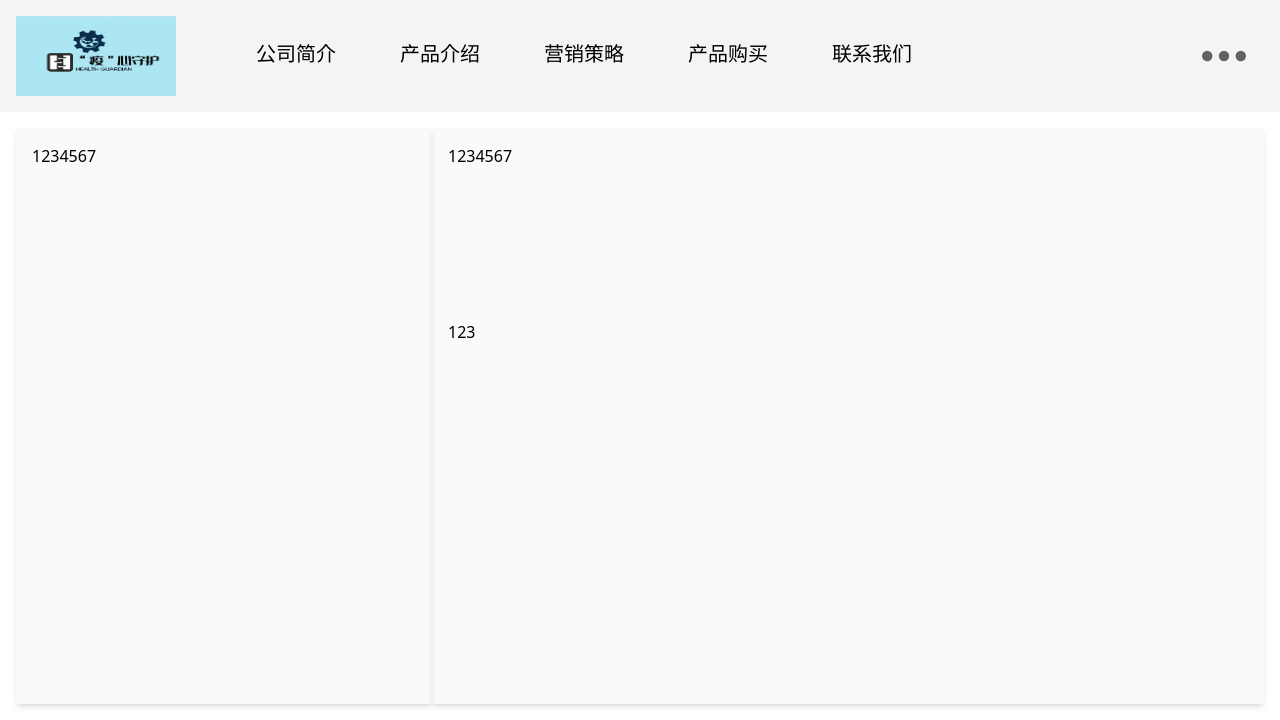
Repository: LiuRuohui/company_introduction
Page: /#/introduction
These files come from the project's save history. The page is drawn as it stood at one moment and after the next save; the edit follows.
The browser window is 1280 px wide. The pictures show the whole page.
The project was rebuilt for these pictures with package versions that can differ from the ones it lists, and the page was loaded fresh each time. Also part of the build but not shown: vite.config.js, src/components/product.vue, src/components/purchase.vue, src/components/strategy.vue, src/components/contact.vue, src/components/public.vue.

Above is the page before, as saved 2022-05-09 23:33:48.

### index.html
<!DOCTYPE html>
<html lang="en">
  <head>
    <meta charset="UTF-8" />
    <link rel="icon" href="/favicon.ico" />
    <meta name="viewport" content="width=device-width, initial-scale=1.0" />
    <title>COMPANY_INTRODUCTION</title>
  </head>
  <body>
    <div id="app"></div>
    <script type="module" src="/src/main.js"></script>
  </body>
</html>

### src/main.js
import { createApp } from 'vue'
import "./index.css";
//引入路由器
import router from '../src/router/route.js'

import App from './App.vue'

const app = createApp(App);
app.use(router);
app.mount('#app');

### src/index.css
/* ./src/index.css */

@tailwind base;
@tailwind components;
.inputFrame {
  @apply w-full content-center text-base px-4 py-2 border-b rounded-2xl border-gray-300;
}

.inputFrame:focus {
  @apply outline-none border-indigo-500;
}

.btn {
  @apply w-full flex justify-center bg-gradient-to-r from-indigo-500 to-blue-600 text-gray-100 p-4 rounded-full tracking-wide font-semibold shadow-lg cursor-pointer transition ease-in duration-500;
}

.btn:hover {
  @apply bg-gradient-to-l from-blue-500 to-indigo-600;
}

.label {
  @apply ml-3 text-sm font-bold text-gray-700 tracking-wide;
}

@tailwind utilities;

### src/router/route.js
import { createRouter, createWebHashHistory } from "vue-router";
//引入组件
import Introduction from "../components/introduction.vue"
import Product from "../components/product.vue"
import Purchase from "../components/purchase.vue"
import Strategy from "../components/strategy.vue"
import Contact from "../components/contact.vue"

const route = [
    {
        path:'/introduction',
        component:Introduction
    },
    {
        path:'/product',
        component:Product
    },
    {
        path:'/strategy',
        component:Strategy
    },
    {
        path:'/purchase',
        component:Purchase
    },
    {
        path:'/contact',
        component:Contact
    },
]

// 创建路由对象
const router = createRouter({
    history: createWebHashHistory(),
    routes: route
  });


export default router

### src/App.vue
<script setup>
import Public from './components/public.vue';
import MainPage from './components/mainPage.vue';
// This starter template is using Vue 3 <script setup> SFCs
// Check out https://vuejs.org/api/sfc-script-setup.html#script-setup

</script>

<template>
<MainPage></MainPage>
</template>

<style>

</style>

### src/components/introduction.vue
<script setup></script>

<template>
    <div class="w-full m-4 flex flex-row bg-slate-50">
        <div class="flex h-full w-1/3 shadow-md">
            <div class="m-4 w-full">1234567</div>
        </div>
        <div class="flex flex-grow flex-col shadow-md">
            <div class="m-4 w-full h-1/4">1234567</div>
            <div class="w-full flex flex-grow">
                <div class="m-4">123</div>
            </div>
        </div>
    </div>
</template>

### src/components/mainPage.vue
<script setup></script>

<template>
    <div class="max-h-full min-h-screen w-full flex flex-col bg-white">
        <div class="w-full h-28 flex flex-row bg-gray-100">
            <div class="h-full">
                <img
                    src="/src/assets/logo.png"
                    alt="公司图标"
                    class="h-20 m-4 w-40"
                />
            </div>
            <div class="flex font-sans text-xl ml-8">
                <router-link
                    active-class="active"
                    to="/introduction"
                    class="px-8 pt-10 hover:cursor-pointer hover:bg-blue-300"
                    >公司简介</router-link
                >
                <router-link
                    active-class="active"
                    to="/product"
                    class="px-8 pt-10 hover:cursor-pointer hover:bg-blue-300"
                    >产品介绍</router-link
                >
                <router-link
                    active-class="active"
                    to="/strategy"
                    class="px-8 pt-10 hover:cursor-pointer hover:bg-blue-300"
                    >营销策略</router-link
                >
                <router-link
                    active-class="active"
                    to="/purchase"
                    class="px-8 pt-10 hover:cursor-pointer hover:bg-blue-300"
                    >产品购买</router-link
                >
                <router-link
                    active-class="active"
                    to="/contact"
                    class="px-8 pt-10 hover:cursor-pointer hover:bg-blue-300"
                    >联系我们</router-link
                >
            </div>
            <div class="flex flex-grow flex-row-reverse">
                <img
                    src="/src/assets/more.svg"
                    alt="更多"
                    class="w-16 h-16 opacity-60 mt-6 mr-6 hover:cursor-pointer"
                />
            </div>
        </div>
        <div class="w-full flex flex-grow">
            <router-view></router-view>
        </div>
    </div>
</template>

<style></style>

### tailwind.config.js
module.exports = {
  content: [
      "./index.html",
      "./src/**/*.{vue,js,ts,jsx,tsx}",
  ],
  theme: {
      extend: {},
  },
  plugins: [],
}

After the next save:
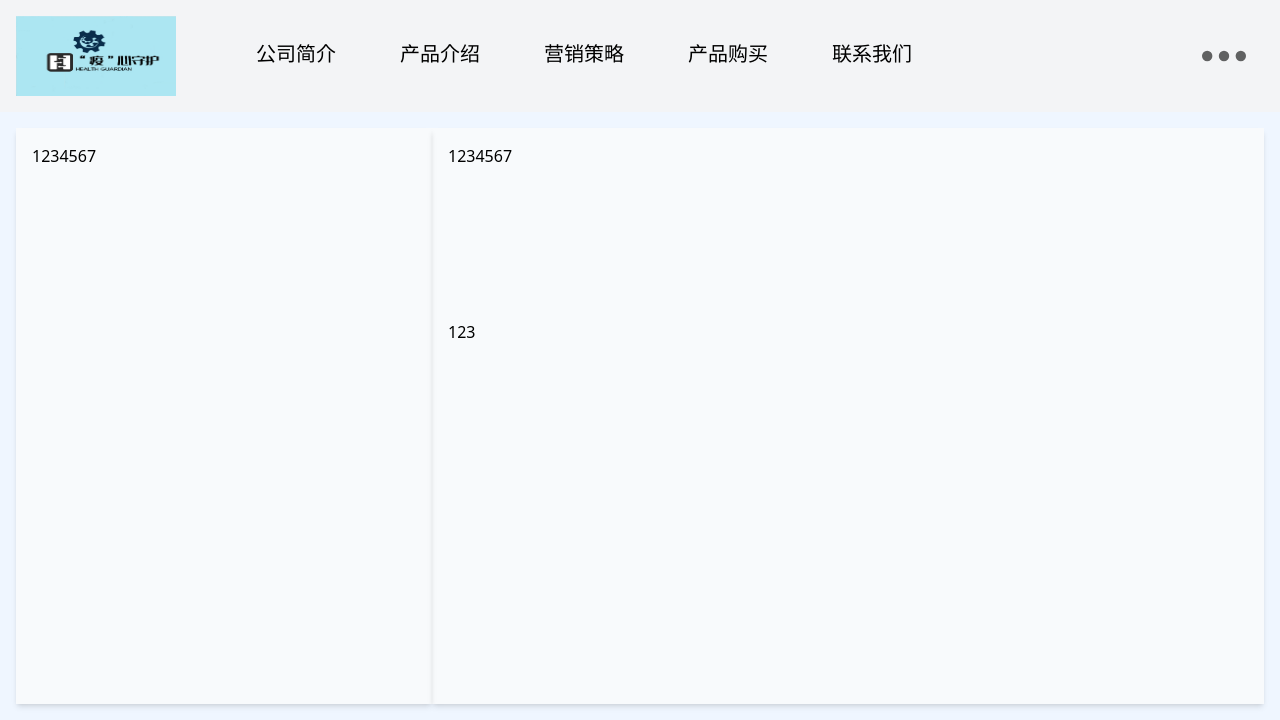
Saved 20 s later.
--- a/src/components/mainPage.vue
+++ b/src/components/mainPage.vue
@@ -50,7 +50,7 @@
                 />
             </div>
         </div>
-        <div class="w-full flex flex-grow">
+        <div class="w-full flex flex-grow bg-blue-50">
             <router-view></router-view>
         </div>
     </div>
